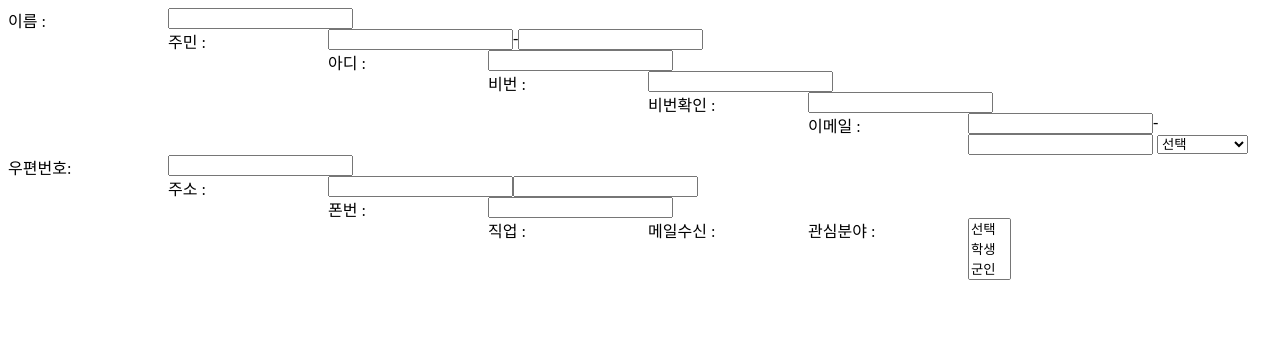
Repository: supremehappy/JSP_test02
Page: http://localhost/JSP_Test/JSP_Test_02.jsp
The author's editor kept a copy of each file at every save. The page is drawn from the files as they stood at one save, then again after the next save.
The browser window is 1280 px wide. The pictures show the whole page.
The page is served by Tomcat 9.

Above is the page before, as saved 2017-07-14 06:43:28.

### JSP_Test/WebContent/JSP_Test_02.jsp
<%@ page language="java" contentType="text/html; charset=UTF-8"
    pageEncoding="UTF-8"%>
<!DOCTYPE html PUBLIC "-//W3C//DTD HTML 4.01 Transitional//EN" "http://www.w3.org/TR/html4/loose.dtd">
<html>
<head>
<meta http-equiv="Content-Type" content="text/html; charset=UTF-8">
<title>Insert title here</title>
<style type="text/css">
	label {
	width:160px;
	display: inline-block;
	float: left;
}
</style>
</head>
<body>

		<label>이름 : </label>
		<input type="text" name="name"><br>
		<label>주민 : </label>
		<input type="text" name="jumin">-<input type="password" name="jumin2"><br>
		<label>아디 : </label>
		<input type="text" name="id"><br>
		<label>비번 : </label>
		<input type="password" name="pw"><br>
		<label>비번확인 : </label>
		<input type="password" name="pw2"><br>
		<label>이메일 : </label>
		<input type="text" name="mail">-<input type="text" name="mail2">
		<select name="mail3" size="1">
			<option value="">선택</option>
			<option value="네이버">naver.com</option>
			<option value="다음">daum.net</option>
			<option value="구글">google.com</option>
		</select>
		<br>
		<label>우편번호: </label>
		<input type="text" name="post"><br>
		<label>주소 : </label>
		<input type="text" name="addr"><input type="text" name="addr2"><br>
		<label>폰번 : </label>
		<input type="text" name="phone"><br>
		<label>직업 : </label>
		<select name="job" size="3">
			<option value="">선택</option>
			<option value="학생">학생</option>
			<option value="군인">군인</option>
			<option value="언론">언론</option>
			<option value="공무원">공무원</option>
			<option value="유통업">유통업</option>
			<option value="제조업">제조업</option>
			<option value="운수업">운수업</option>
			<option value="개발자">개발자</option>
			<option value="자영업">자영업</option>
		</select>
		<label>메일수신 : </label>
		<label>관심분야 : </label>
</body>
</html>

After the next save:
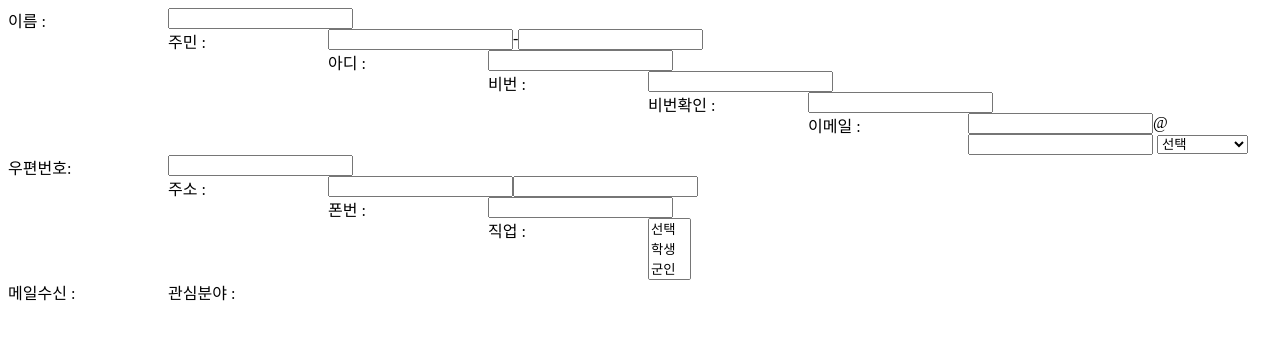
Saved 38 s later.
--- a/JSP_Test/WebContent/JSP_Test_02.jsp
+++ b/JSP_Test/WebContent/JSP_Test_02.jsp
@@ -26,7 +26,7 @@
 		<label>비번확인 : </label>
 		<input type="password" name="pw2"><br>
 		<label>이메일 : </label>
-		<input type="text" name="mail">-<input type="text" name="mail2">
+		<input type="text" name="mail">@<input type="text" name="mail2">
 		<select name="mail3" size="1">
 			<option value="">선택</option>
 			<option value="네이버">naver.com</option>
@@ -52,7 +52,7 @@
 			<option value="운수업">운수업</option>
 			<option value="개발자">개발자</option>
 			<option value="자영업">자영업</option>
-		</select>
+		</select><br>
 		<label>메일수신 : </label>
 		<label>관심분야 : </label>
 </body>
